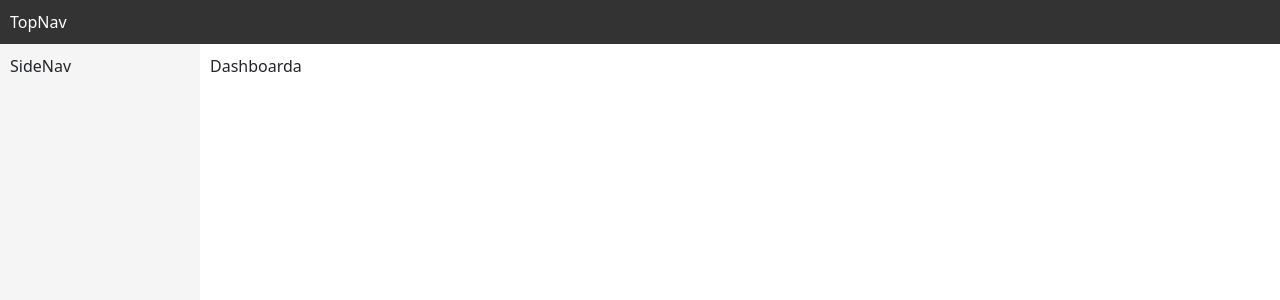
Repository: UNSWSpotFinder/SpotFinder
Page: /dashboard (app in frontend/)
These files come from the project's save history. The page is drawn as it stood at one moment and after a run of saves; the edit follows.
The browser window is 1280 px wide. The pictures show the whole page.
The project was rebuilt for these pictures with package versions that can differ from the ones it lists, and the page was loaded fresh each time. Also part of the build but not shown: frontend/src/HomePage.css, frontend/src/Login.css, frontend/src/Login.jsx, frontend/src/Regist.css, frontend/src/Regist.jsx, frontend/src/HomePage.jsx, frontend/src/App.css, frontend/src/components/Bookings.jsx and 3 more.

Above is the page before, as saved 2024-03-09 17:21:19.

### frontend/src/App.jsx
import logo from './logo.svg';
import React, {
  useState,
  useEffect,
  useRef,
  ChangeEvent,
  LabelHTMLAttributes,
  createContext,
  useContext,
  ReactNode,
} from 'react';
import {HomePageLarge,HomePageAdminSmall,HomePageAdminLarge,HomePageSmall} from './HomePage';
import { ErrorProvider, GlobalSnackbar, ErrorContext } from './API';
import { BrowserRouter, Routes, Route, Link } from 'react-router-dom';
import './App.css';

// 导入Dashboard相关页面组件
import DashboardTop from './components/DashboardTop';
import Dashboard from './components/Dashboard';
import Bookings from './components/Bookings';
import Listings from './components/Listings';
import Profile from './components/Profile';
import Messages from './components/Messages';

function App() {
  const [windowWidth, setWindowWidth] = useState(window.innerWidth);
  useEffect(() => {
    // 添加一个事件监听器，以便在窗口大小改变时更新windowWidth状态
    const handleResize = () => {
      setWindowWidth(window.innerWidth);
    };
    window.addEventListener('resize', handleResize);
    // 清除事件监听器以避免内存泄漏
    return () => {
      window.removeEventListener('resize', handleResize);
    };
  }, []);
  let layoutComponentHost;
  let LayoutComponentHome;
  let LayoutDetail;
  if (windowWidth > 760) {
    layoutComponentHost = null;
    LayoutComponentHome = <HomePageLarge/>;
    LayoutDetail = null;
  } else {
    layoutComponentHost = null;
    LayoutComponentHome = <HomePageSmall/>;;
    LayoutDetail = null;
  }
  return(
    <ErrorProvider>
      <GlobalSnackbar/>
        <BrowserRouter>
          <Routes>
            <Route path="/user/*" element={LayoutComponentHome} />
            {/* DashboardTop作为父路由 */}
            <Route path="/dashboard" element={<DashboardTop />}>
            {/* 在DashboardTop内部定义子路由 */}
            <Route index element={<Dashboard />} />
            <Route path="bookings" element={<Bookings />} />
            <Route path="listings" element={<Listings />} />
            <Route path="messages" element={<Messages />} />
            <Route path="profile" element={<Profile />} />
          </Route>
            {/* Keep the wildcard route to catch all and render Home */}
            <Route path="/*" element={LayoutComponentHome} />
          </Routes>
        </BrowserRouter>
    </ErrorProvider>
  )
}

export default App;

### frontend/src/API.jsx
import Alert from '@mui/material/Alert';
import Snackbar from '@mui/material/Snackbar';
import Button from '@mui/material/Button';
import Stack from '@mui/material/Stack';
import React, { useState, useEffect, createContext,useContext } from 'react';

import { styled } from '@mui/material';
const port = '8080';
export const meetErrorLog = (error) => {
    console.log(error);
    let errorText = '';
    // switch case to show the error
    switch (error) {
      case 'info':
        errorText = 'Invalid username or password !';
        break;
      case 'access':
        errorText = 'No permission, please log in first!';
        break;
      default:
        errorText = 'Network error! Please try again.';
        break;
    }
    return errorText;
  };
export const ErrorContext = createContext({
    snackbarData: { severity: 'info', message: '1',timestamp: new Date().getTime()},
    setOpenSnackbar: () => {}, // 提供一个空函数避免调用时出错
  });
export const useError = () => useContext(ErrorContext);
export const ErrorProvider = ({ children }) => {
  const [snackbarData, setSnackbarData] = useState({
    severity: 'success',
    message: '',
    timestamp: new Date().getTime()
  });
  const setOpenSnackbar = (data) => {
    setSnackbarData(data);
  };
  return (
    <ErrorContext.Provider value={{snackbarData,setOpenSnackbar}}>
      {children}
    </ErrorContext.Provider>
  );
};
// The message to be displayed in the Snackbar
export const GlobalSnackbar = () => {
const { snackbarData, setOpenSnackbar } = useError();
// State to manage the visibility of the Snackbar
const [open, setOpen] = useState(false);
  useEffect(() => {
    console.log('Alert severity:', snackbarData.severity);
    console.log('Alert :', snackbarData.message);
    if (snackbarData.message) {
      setOpen(true);
    }
  }, [snackbarData.message, snackbarData.timestamp]);

  const handleClose = (event, reason) => {
    if (reason === 'clickaway') {
      return;
    }
    setOpen(false);
  };

return (
    // Snackbar component with automatic hiding and custom styling
    <Snackbar open={open} autoHideDuration={6000} onClose={handleClose}>
        <Alert onClose={handleClose} severity={snackbarData.severity}>
        {snackbarData.message}
        </Alert>
  </Snackbar>
);
};
export const callAPIsendEmailCode = (path,input)=>{
    return new Promise((resolve, reject) =>{
        fetch('http://localhost:'+String(port)+'/'+String(path),{
        method:'POST',
        headers: { 'Content-Type': 'application/json' },
        body:JSON.stringify(input),
        })
        .then((response)=>{
            if(response.ok){
                console.log('success');
                console.log(response);
                return resolve(response);
            }
            else if (response.status===400){
                const errorReason = 'Email not correct!';
                return reject(errorReason);
            }
            else{
                const errorReason = 'There is a problem with the network connection!';
                return reject(errorReason);
            }
        })
        .catch((error)=>{
            console.log(error);
        })
    })

}
export const callAPIverifyEmailCode = (path,input)=>{
    return new Promise((resolve, reject) =>{
        console.log(input);
        console.log('http://localhost:'+String(port)+'/'+String(path));
        fetch('http://localhost:'+String(port)+'/'+String(path),{
        method:'POST',
        headers: { 'Content-Type': 'application/json' },
        body:JSON.stringify(input),
        })
        .then((response)=>{
            if(response.ok){
                console.log('success');
                return resolve(response.json());
            }
            else if (response.status===400){
                const errorReason = 'Incorrect verification code.';
                return reject(errorReason);
            }
            else{
                const errorReason = 'There is a problem with the network connection!';
                return reject(errorReason);
            }
        })
        .catch((error)=>{
            console.log(error);
        })
    })

}
export const callAPIloginUser=(path,input)=>{

}
// 用户注册
export const callAPIRegistUser=(path,input)=>{
     return new Promise((resolve, reject) =>{
        console.log(input);
        console.log('http://localhost:'+String(port)+'/'+String(path));
        fetch('http://localhost:'+String(port)+'/'+String(path),{
        method:'POST',
        headers: { 'Content-Type': 'application/json' },
        body:JSON.stringify(input),
        })
        .then((response)=>{
            if(response.ok){
                console.log('success');
                return resolve(response.json());
            }
            else if (response.status===417){
                const errorReason = 'This email has been registed!';
                return reject(errorReason);
            }
            else{
                const errorReason = 'There is a problem with the network connection!';
                return reject(errorReason);
            }
        })
        .catch((error)=>{
            console.log(error);
        })
    })
}
// 用户登录
export const callAPILoginUser=(path,input)=>{
    return new Promise((resolve, reject) =>{
       console.log(input);
       console.log('http://localhost:'+String(port)+'/'+String(path));
       fetch('http://localhost:'+String(port)+'/'+String(path),{
       method:'POST',
       headers: { 'Content-Type': 'application/json' },
       body:JSON.stringify(input),
       })
       .then((response)=>{
           if(response.ok){
               console.log('success');
               return resolve(response.json());
           }
           else if (response.status===401){
               const errorReason = 'Username does not exist or password is incorrect!';
               return reject(errorReason);
           }
           else{
               const errorReason = 'There is a problem with the network connection!';
               return reject(errorReason);
           }
       })
       .catch((error)=>{
           console.log(error);
       })
   })
}
// 密码修改
export const callAPIResetPwdUser=(path,input)=>{
    return new Promise((resolve, reject) =>{
       console.log(input);
       console.log('http://localhost:'+String(port)+'/'+String(path));
       fetch('http://localhost:'+String(port)+'/'+String(path),{
       method:'POST',
       headers: { 'Content-Type': 'application/json' },
       body:JSON.stringify(input),
       })
       .then((response)=>{
           if(response.ok){
               console.log('success');
               return resolve(response.json());
           }
           else if (response.status===401){
               const errorReason = 'Username does not exist or password is incorrect!';
               return reject(errorReason);
           }
           else{
               const errorReason = 'There is a problem with the network connection!';
               return reject(errorReason);
           }
       })
       .catch((error)=>{
           console.log(error);
       })
   })
}

### frontend/src/components/DashboardTop.jsx
import React from 'react';
import { Outlet } from 'react-router-dom';
import './DashboardTop.css';

const DashboardTop = () => {
  return (
    <div className="dashboard-top">
      <div className="top-nav">
        <div></div>TopNav

      </div>
      <div className="content-area">
        <div className="side-nav">SideNav</div>
        <div className="main-content">
          <Outlet />
        </div>
      </div>
    </div>
  );
};

export default DashboardTop;

### frontend/src/components/Dashboard.jsx
import React from 'react';
import DashboardTop from './DashboardTop';

const Dashboard = () => {
  // 组件的状态和逻辑

  return (
    <div className='Dashboard'>
      {/* 组件的JSX结构 */}
      Dashboarda
    </div>
  );
}

export default Dashboard;

### frontend/src/components/DashboardTop.css
/* DashboardTop.css */

/* 整体布局 */
.dashboard-top {
    display: flex;
    flex-direction: column;
    height: 100vh; /* 使布局填满整个视口高度 */
  }

  /* 顶部导航样式 */
  .top-nav {
    background-color: #333; /* 暗色背景 */
    color: #fff; /* 白色文字 */
    padding: 10px; /* 内边距 */
  }

  /* 内容区域样式，包含侧边导航和主内容区 */
  .content-area {
    display: flex;
    flex-grow: 1; /* 占据剩余空间 */
  }

  /* 侧边导航样式 */
  .side-nav {
    background-color: #f5f5f5; /* 浅色背景 */
    width: 200px; /* 定宽 */
    padding: 10px; /* 内边距 */
  }

  /* 主内容区域样式 */
  .main-content {
    flex-grow: 1; /* 占据剩余空间 */
    padding: 10px; /* 内边距 */
  }

Loaded but not shown: frontend/public/index.html (common file); frontend/src/index.js (common file); frontend/src/index.css (common file); frontend/src/reportWebVitals.js (common file)

After the next 3 saves:
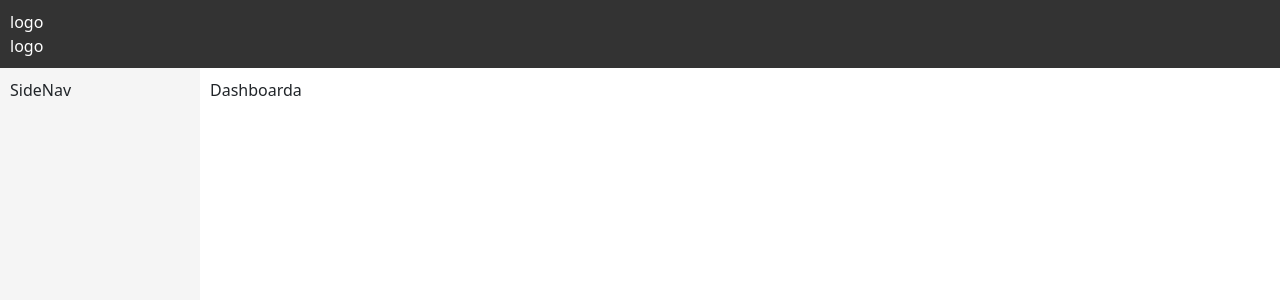
The 3 saves are shown as one change because they came seconds apart.
The last was saved 9 s later.
--- a/frontend/src/components/DashboardTop.jsx
+++ b/frontend/src/components/DashboardTop.jsx
@@ -6,7 +6,8 @@
   return (
     <div className="dashboard-top">
       <div className="top-nav">
-        <div></div>TopNav
+        <div>logo</div>
+        <div>logo</div>
 
       </div>
       <div className="content-area">

After the 4 saves that followed:
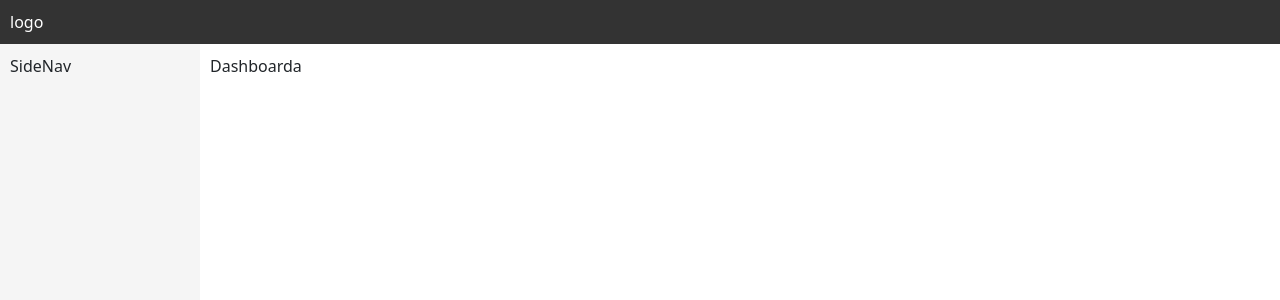
The 4 saves are shown as one change because 2 left the picture as it was and some came seconds apart.
The last was saved 20 s later.
--- a/frontend/src/components/DashboardTop.jsx
+++ b/frontend/src/components/DashboardTop.jsx
@@ -6,8 +6,8 @@
   return (
     <div className="dashboard-top">
       <div className="top-nav">
-        <div>logo</div>
-        <div>logo</div>
+        <span>logo</span>
+        <span></span>
 
       </div>
       <div className="content-area">
